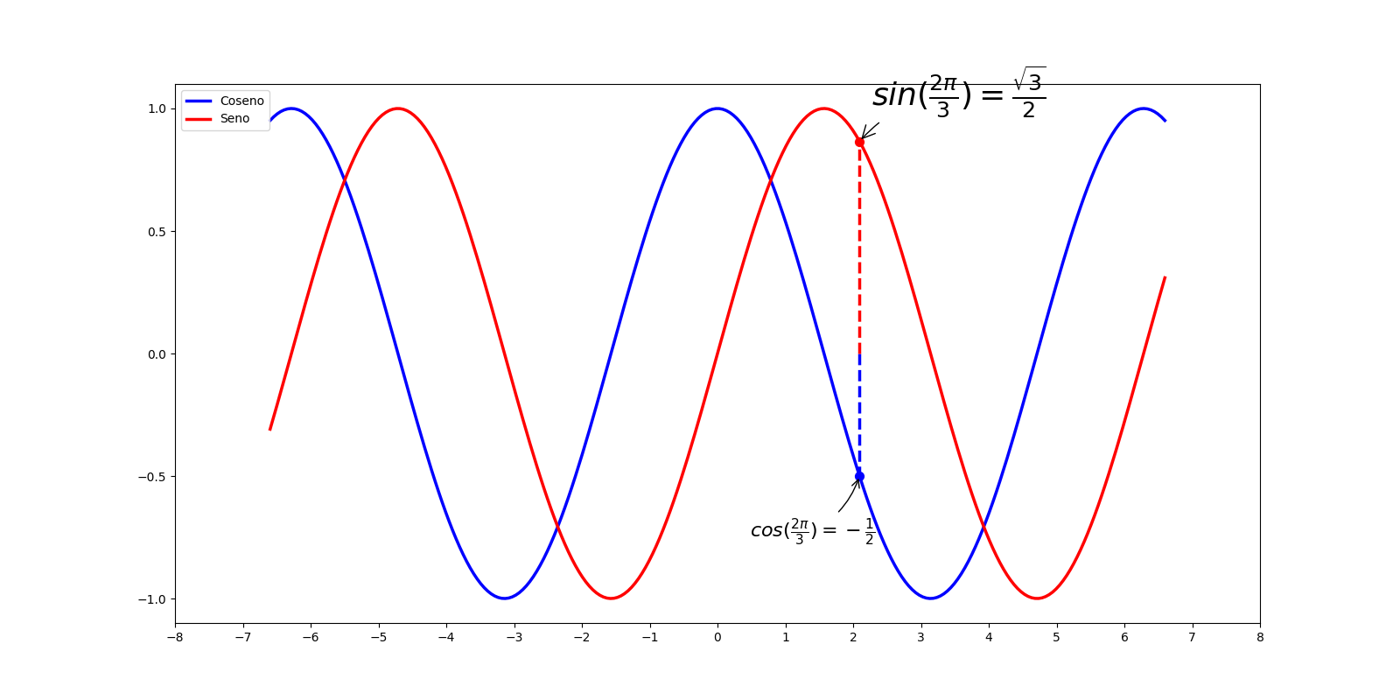
Repository: Jaamunozr/Archivos-python
Script's output: python Archivos Python/Graficas/ejecutable.py
The author's editor kept a copy of each file at every save. The script's output is drawn from the files as they stood at one save, then again after the next save.
Figures wider than 1,400 px are first shrunk to that width. Animations are shown at an early frame. Random numbers start from a fixed seed.

Above is the script's output before, as saved 2020-02-16 21:45:37.

After the next save:
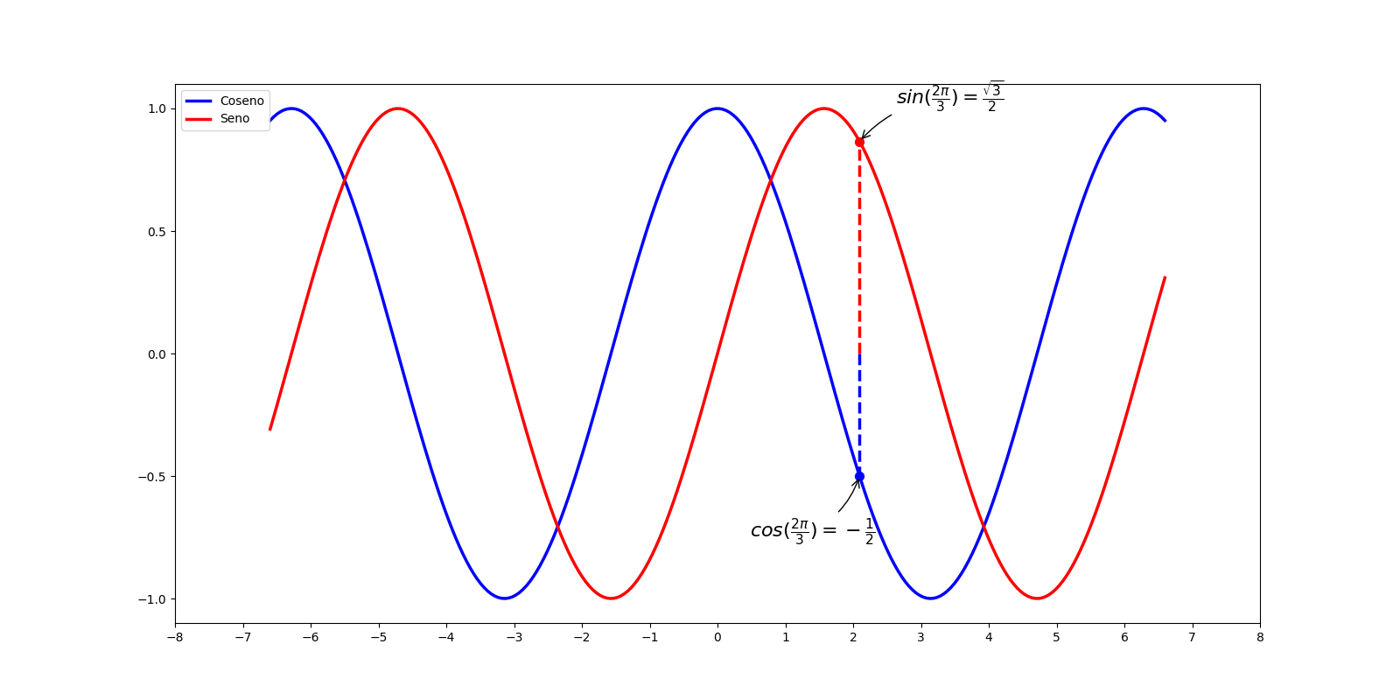
Saved 32 s later.
--- a/Archivos Python/Graficas/ejecutable.py
+++ b/Archivos Python/Graficas/ejecutable.py
@@ -60,7 +60,7 @@ pl.scatter([t, ], [np.cos(t), ], 50, color='blue')
 
 pl.annotate(r'$sin(\frac{2\pi}{3})=\frac{\sqrt{3}}{2}$',
             xy=(t, np.sin(t)), xycoords='data',
-            xytext=(+10, +30), textcoords='offset points', fontsize=26,
+            xytext=(+30, +30), textcoords='offset points', fontsize=16,
             arrowprops=dict(arrowstyle="->", connectionstyle="arc3,rad=.2")) #DIRECCION DE LA FLECHA
 
 pl.plot([t, t],[0, np.sin(t)], color='red', linewidth=2.5, linestyle="--")
